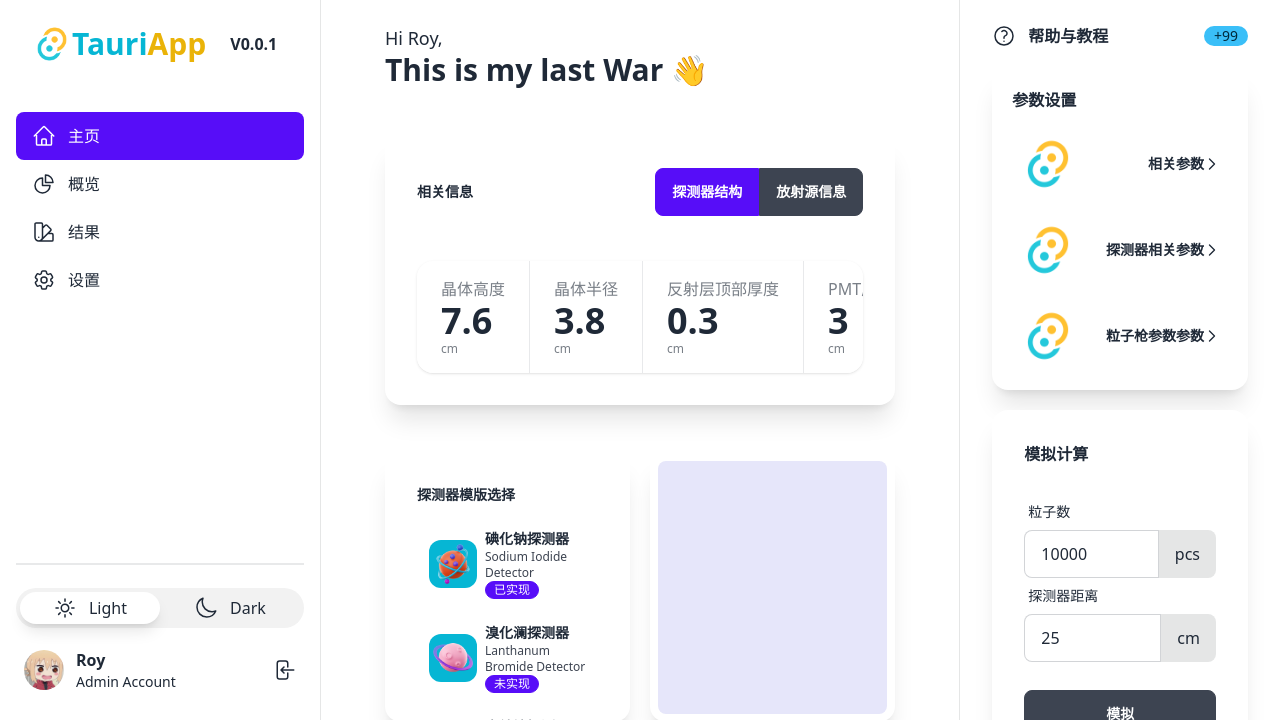
Repository: XMZOVO/tauri-geant4
Page: /
An editor plug-in stored every save of this project. The page is shown before and after the next save, followed by the edit.
The browser window is 1280 px wide. The pictures show the whole page.
The page's requests for data from a server got no answer. An inner scrolling area shows only its first screen. The project was rebuilt for these pictures with package versions that can differ from the ones it lists, and the page was loaded fresh each time. No one was signed in, and anything a server would have sent is missing. Also part of the build but not shown: vite.config.ts.

Above is the page before, as saved 2022-09-11 20:03:19.

After the next save:
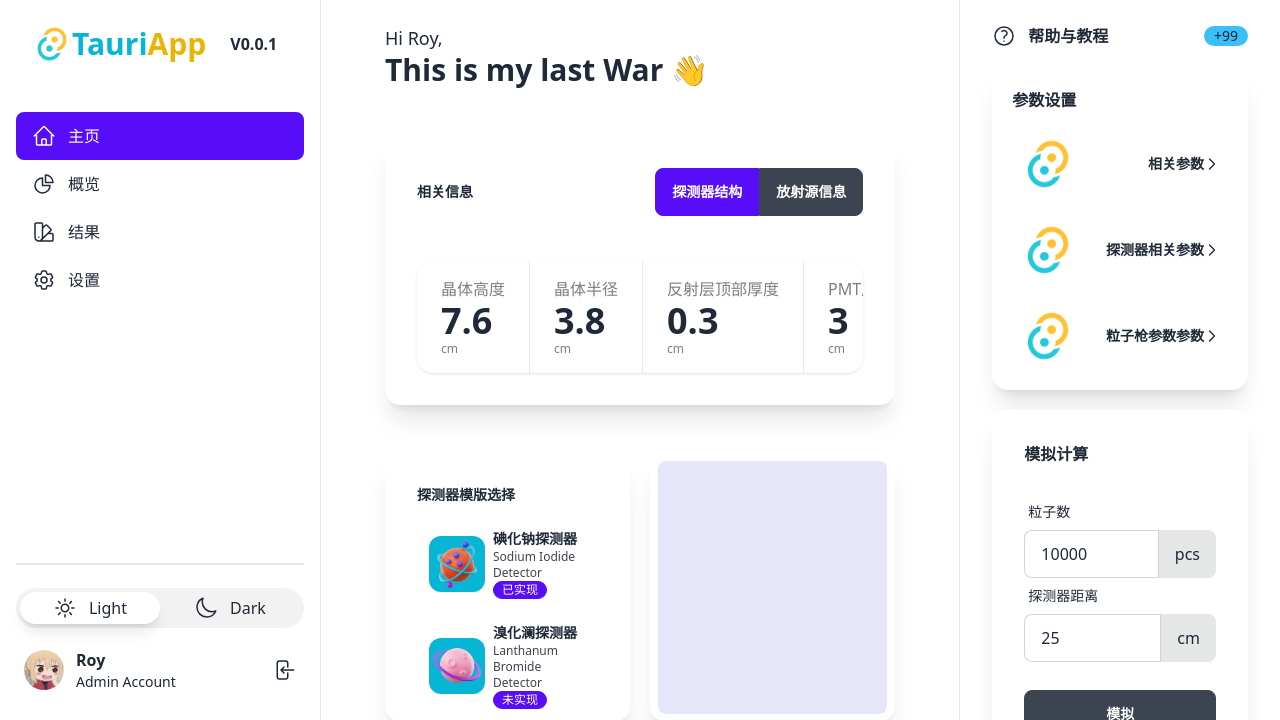
Saved 23 s later.
--- a/src/components/Home.vue
+++ b/src/components/Home.vue
@@ -202,7 +202,7 @@ const exitApp = async () => {
                 <div class="flex items-center gap-2">
                   <img
                     :src="`/src/assets/${item.img}`"
-                    class="h-12 w-12 rounded-xl bg-cyan-500 p-1"
+                    class="h-14 w-14 rounded-xl bg-cyan-500 p-1"
                   />
                   <div class="flex flex-col">
                     <p class="text-sm font-semibold">{{ item.name }}</p>
